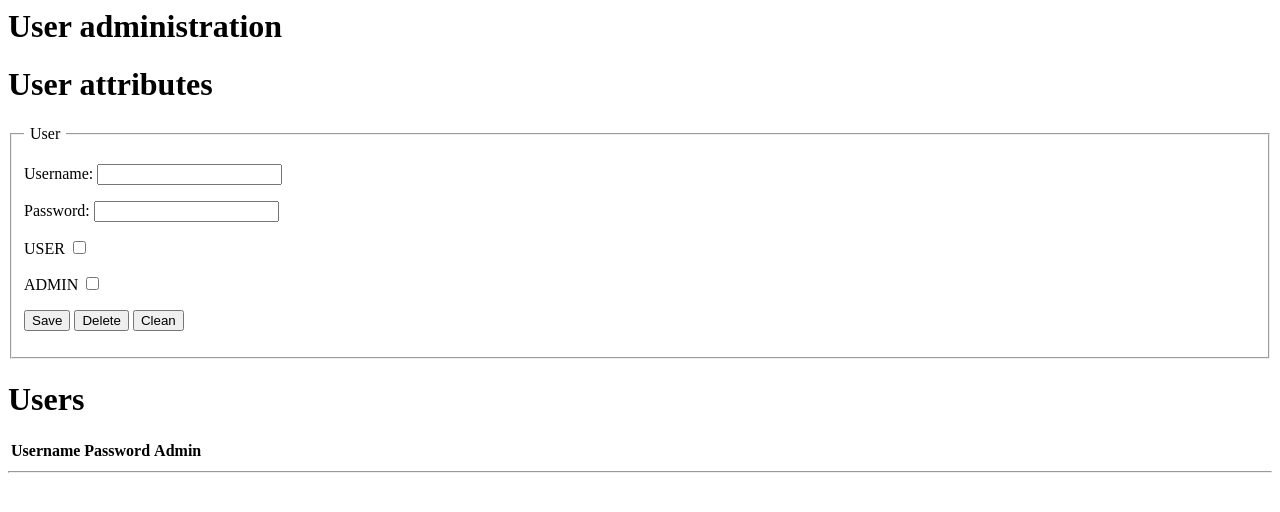
Repository: tclab/java_web_app_template
Page: http://localhost/Template/jsp/users/userAdmin.jsp
The author's editor kept a copy of each file at every save. The page is drawn from the files as they stood at one save, then again after the next save.
The browser window is 1280 px wide. The pictures show the whole page.
The page is served by Tomcat 9. Other server files are loaded and not shown.

Above is the page before, as saved 2013-08-06 20:56:43.

### Template/WebContent/jsp/users/userAdmin.jsp
<%@ taglib prefix="c" uri="http://java.sun.com/jsp/jstl/core"%>

<!-- JAVASCRITP -->
<script type="text/javascript" src=<c:url value="/js/users/users.js"/>></script>

<!-- Pagetitle -->
<h1 class="pagetitle">User administration</h1>

<!-- USER PARAMETERS -->
<h1 class="block">User attributes</h1>
<div class="column1-unit">
	<div class="contactform">
		<form name="users" action="FCUserAdmin" method="post">
			<fieldset>
				<legend>&nbsp;User&nbsp;</legend>
				<p>
					<label for="username" class="left">Username:</label>
					<input type="text" name="username" id="username" class="field" value="" tabindex="1" />
				</p>
				<p>
					<label for="password" class="left">Password:</label>
					<input type="text" name="password" id="password" class="field" value="" tabindex="1" />
				</p>
				<p>
					<label for="user" class="left">USER</label>
					<input type="checkbox" name="user" id="user" class="left" value="ROLE_USER" />
				</p>
				<p>
					<label for="admin" class="left">ADMIN</label>
					<input type="checkbox" name="admin" id="admin" onchange="javascript:selectAdminRole();" class="left" value="ROLE_ADMIN" />
				</p>
				<p>
					<input type="hidden" name="pageMetaId" id="pageMetaId" value="" />
					<input type="button" onclick="javascript:saveUser()" name="save" id="save" class="button" value="Save" tabindex="6" />
					<input type="button" onclick="javascript:deleteUser()" name="clean" id="clean" class="button" value="Delete" tabindex="6" />
					<input type="button" onclick="javascript:cleanUserInfo()" name="clean" id="clean" class="button" value="Clean" tabindex="6" />
				</p>
			</fieldset>
		</form>
	</div>
</div>

<!-- TABLE OF USERS -->
<h1 class="block">Users</h1>
<div class="column1-unit">
	<table>
		<tr>
			<th class="top" scope="col">Username</th>
			<th class="top" scope="col">Password</th>
			<th class="top" scope="col">Admin</th>
		</tr>
		<c:forEach items="${userList}" var="userInfo">
			<tr onclick="javascript:selectUser('${userInfo.username}','${userInfo.password}', '${userInfo.admin}', '${userInfo.user}');">
				<td><c:out value="${userInfo.username}" /></td>
				<td><c:out value="${userInfo.password}" /></td>
				<td><c:out value="${userInfo.admin}" /></td>
			</tr>
		</c:forEach>
	</table>
<!-- 	<p class="caption"> -->
<!-- 		<strong>Table x.x.</strong> Caption -->
<!-- 	</p> -->
</div>
<hr class="clear-contentunit" />

### Template/WebContent/js/users/users.js
function selectUser(username, password, admin, user){
	var form = document.users;

	form.user.checked = false ;
	form.admin.checked = false;

	form.username.value = username;
	form.password.value = password;

	form.user.checked = user == 'true' ? true : false ;
	form.admin.checked = admin == 'true' ? true : false;

	if (form.admin.checked == true) {
		form.user.checked = true;
		form.user.disabled = true;
	} else {
		form.user.disabled = false;
	}
}


function cleanUserInfo(){
	var form = document.users;

	form.user.checked = false ;
	form.admin.checked = false;

	form.username.value = '';
	form.password.value = '';
}


function saveUser(){
	var form = document.users;

	if (!form.username.value && form.username.value == '') {
		alert("The username must be seted");
		return;
	}

	if (!form.password.value && form.password.value == '') {
		alert("The password must be seted");
		return;
	}
	if (form.user.checked == false && form.admin.checked == false) {
		alert("You need to select one role at least");
		return;
	}

	form.user.disabled = false;
	form.action = "FCUserAdmin.do.saveUser";
	form.submit();
}


function deleteUser(){
	var form = document.users;

	if (!form.username.value && form.username.value == '') {
		alert("You need to select a user");
		return;
	}

	form.action = "FCUserAdmin.do.deleteUser";
	form.submit();
}

function selectAdminRole(){
	var form = document.users;

	if (form.admin.checked == true) {
		form.user.checked = true;
		form.user.disabled = true;
	} else {
		form.user.disabled = false;
	}

}

After the next save:
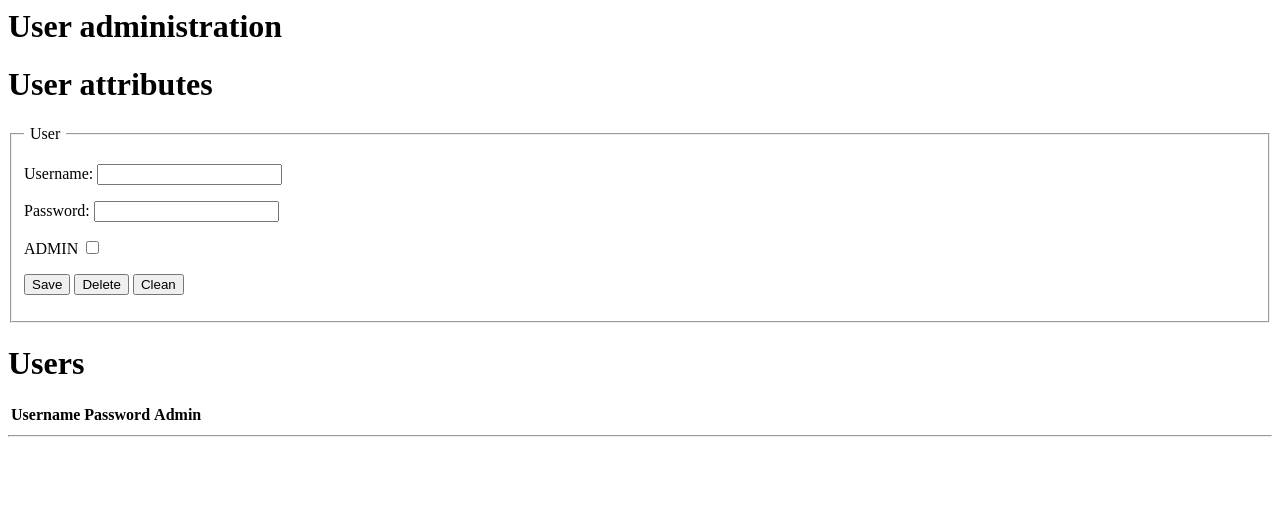
Saved 38 s later.
--- a/Template/WebContent/jsp/users/userAdmin.jsp
+++ b/Template/WebContent/jsp/users/userAdmin.jsp
@@ -21,10 +21,10 @@
 					<label for="password" class="left">Password:</label>
 					<input type="text" name="password" id="password" class="field" value="" tabindex="1" />
 				</p>
-				<p>
-					<label for="user" class="left">USER</label>
-					<input type="checkbox" name="user" id="user" class="left" value="ROLE_USER" />
-				</p>
+<!-- 				<p> -->
+<!-- 					<label for="user" class="left">USER</label>  -->
+<!-- 					<input type="checkbox" name="user" id="user" class="left" value="ROLE_USER" /> -->
+<!-- 				</p> -->
 				<p>
 					<label for="admin" class="left">ADMIN</label>
 					<input type="checkbox" name="admin" id="admin" onchange="javascript:selectAdminRole();" class="left" value="ROLE_ADMIN" />
